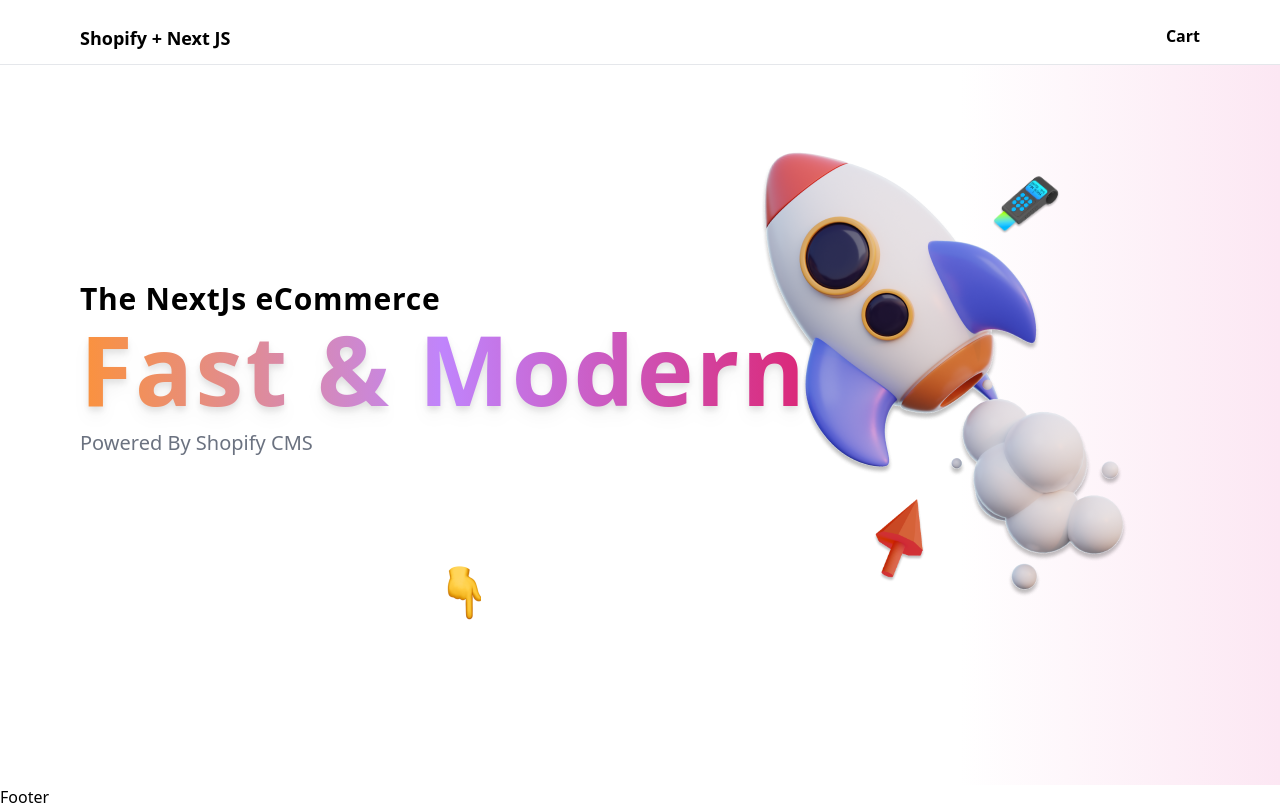
Repository: Krishna-bansall/store
Page: /
The author's editor kept a copy of each file at every save. The page is drawn from the files as they stood at one save, then again after the next save.
The browser window is 1280 px wide. The pictures show the whole page.
The project was rebuilt for these pictures with package versions that can differ from the ones it lists, and the page was loaded fresh each time. The framework's server and built-in components were replaced by stand-ins that run in the browser. Also part of the build but not shown: next.config.js, utils/helpers.js, components/ProductCard.js, components/ProductList.js.

Above is the page before, as saved 2022-04-10 18:09:55.

After the next save:
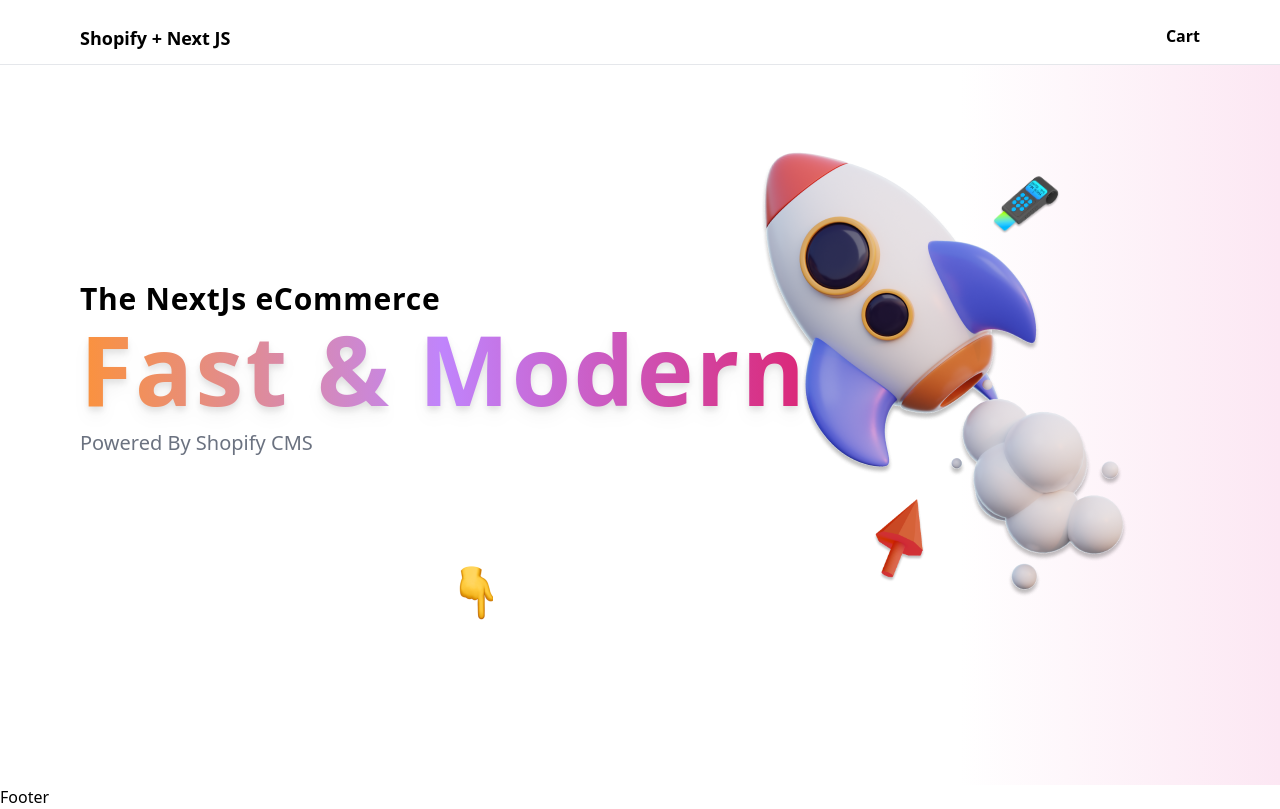
Saved 15 s later.
--- a/components/HeroSection.js
+++ b/components/HeroSection.js
@@ -57,7 +57,7 @@
           </div>
         </div>
         <div className="col-start-2 row-start-3 flex items-center justify-center md:col-start-1">
-          <div className="w-10 md:ml-4">
+          <div className="w-10 md:ml-4 lg:ml-10">
             <Image src={down} alt="down" />
           </div>
         </div>
